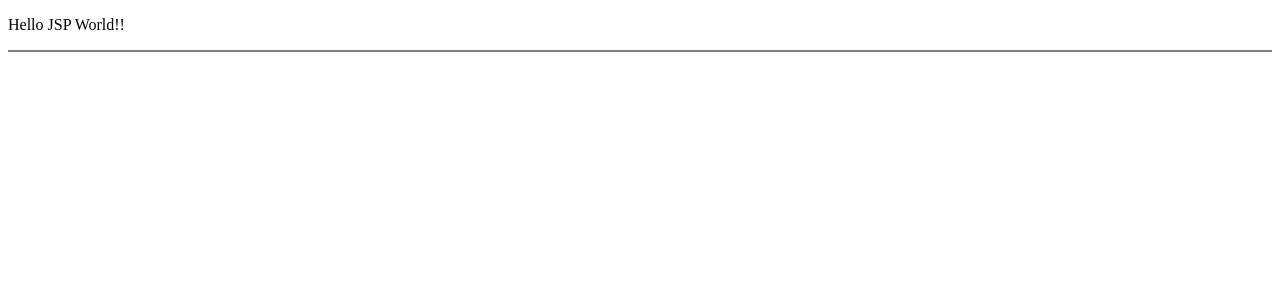
Repository: HAMDONGHO/DE_JSP
Page: http://localhost/testJsp/Hello2.jsp
The author's editor kept a copy of each file at every save. The page is drawn from the files as they stood at one save, then again after the next save.
The browser window is 1280 px wide. The pictures show the whole page.
The page is served by Tomcat 9.

Above is the page before, as saved 2020-05-14 07:22:16.

### testJsp/WebContent/Hello2.jsp
<%@ page language="java" contentType="text/html; charset=UTF-8"
	pageEncoding="UTF-8"%>
<!DOCTYPE html>
<html>
<head>
<meta charset="UTF-8">
<title>Insert title here</title>
</head>
<body>
	<p>Hello JSP World!!</p>
	<hr color="gray">


</body>
</html>

After the next save:
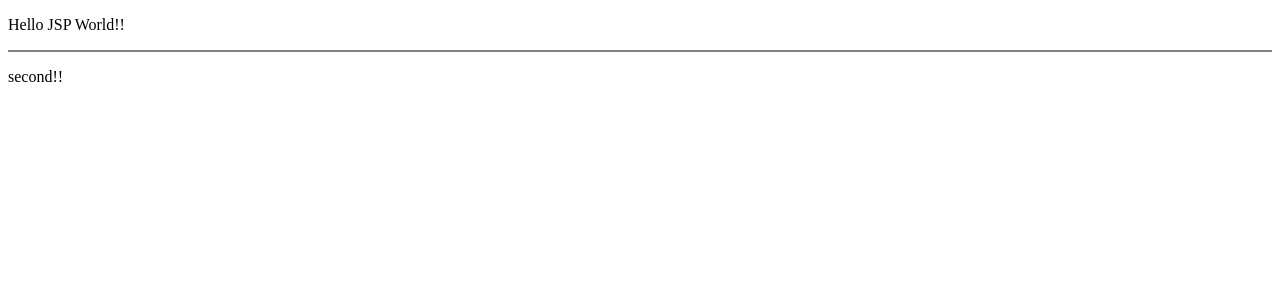
Saved 3 min 26 s later.
--- a/testJsp/WebContent/Hello2.jsp
+++ b/testJsp/WebContent/Hello2.jsp
@@ -9,6 +9,7 @@
 <body>
 	<p>Hello JSP World!!</p>
 	<hr color="gray">
+	<p>second!!
 
 
 </body>
